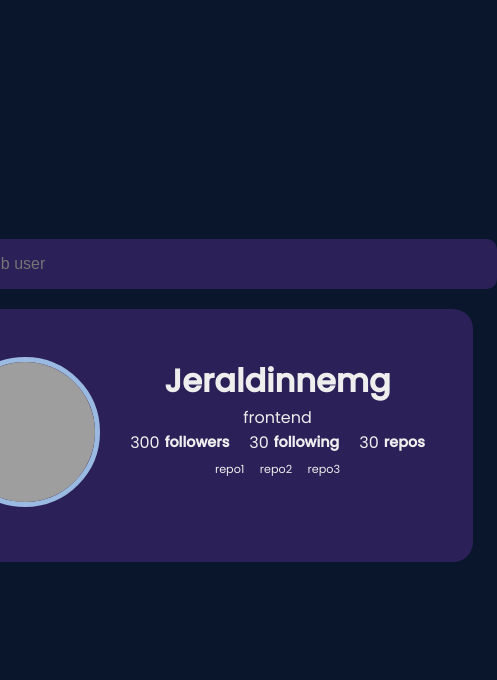
Repository: jeraldinnemg/githubprofile
Page: index.html
These files come from the project's save history. The page is drawn as it stood at one moment and after the next save; the edit follows.
The browser window is 375 px wide. The page is 497 px wide, then 407 px, so the pictures cover 497 px, including what lies to the right of the window. The pictures show the whole page.
Pictures or frames that could not be fetched are drawn as grey boxes.

Above is the page before, as saved 2022-09-16 23:54:17.

After the next save:
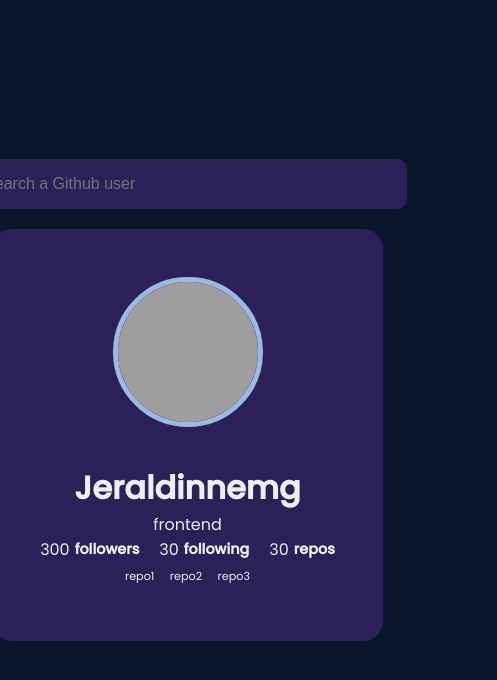
Saved 81 s later.
--- a/style.css
+++ b/style.css
@@ -113,3 +113,9 @@ img {
     margin-bottom: 0.5em;
     color: #eee;
 }
+
+@media (max-width: 500px) {
+    .card {
+        flex-direction: column;
+    }
+}
